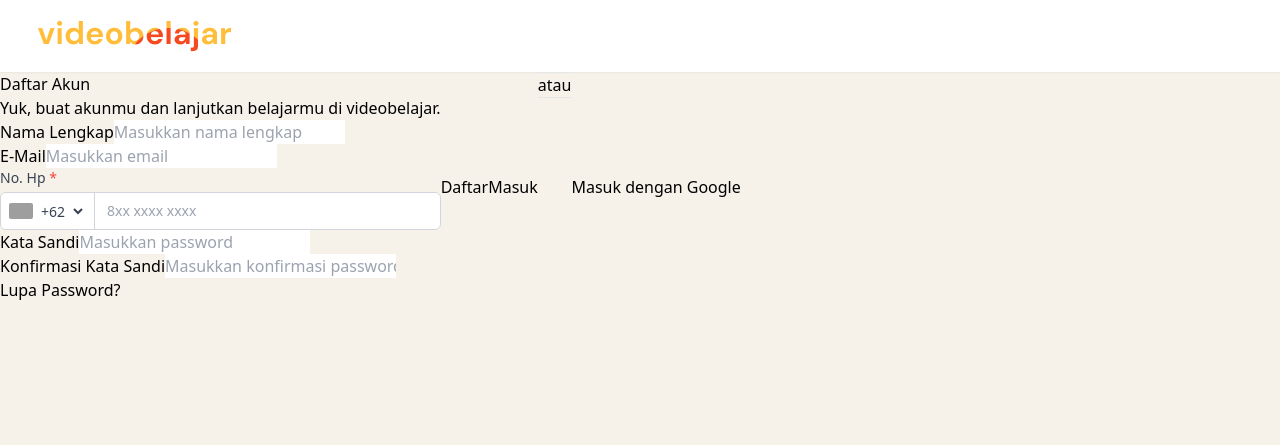
Repository: dimascahyanugraha/Course-Mission-4
Page: /signup
An editor plug-in stored every save of this project. The page is shown before and after the next save, followed by the edit.
The browser window is 1280 px wide. The pictures show the whole page.
Pictures or frames that could not be fetched are drawn as grey boxes. The project was rebuilt for these pictures with package versions that can differ from the ones it lists, and the page was loaded fresh each time. Also part of the build but not shown: vite.config.js, src/components/LoginPage.jsx.

Above is the page before, as saved 2026-05-29 10:45:46.

After the next save:
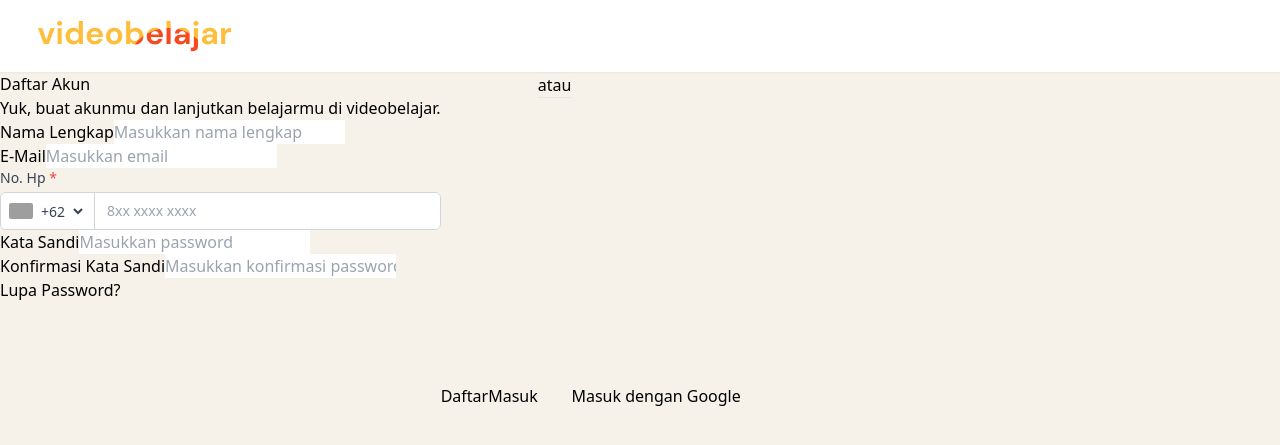
Saved 8 s later.
--- a/src/components/Signup.jsx
+++ b/src/components/Signup.jsx
@@ -8,7 +8,7 @@ export default function Signup() {
         <img src={logoVideoBelajar} alt="logo" />
       </header>
 
-      <main className="flex">
+      <main className="flex flex-auto">
         <div>
           <h2>Daftar Akun</h2>
           <p>Yuk, buat akunmu dan lanjutkan belajarmu di videobelajar.</p>
